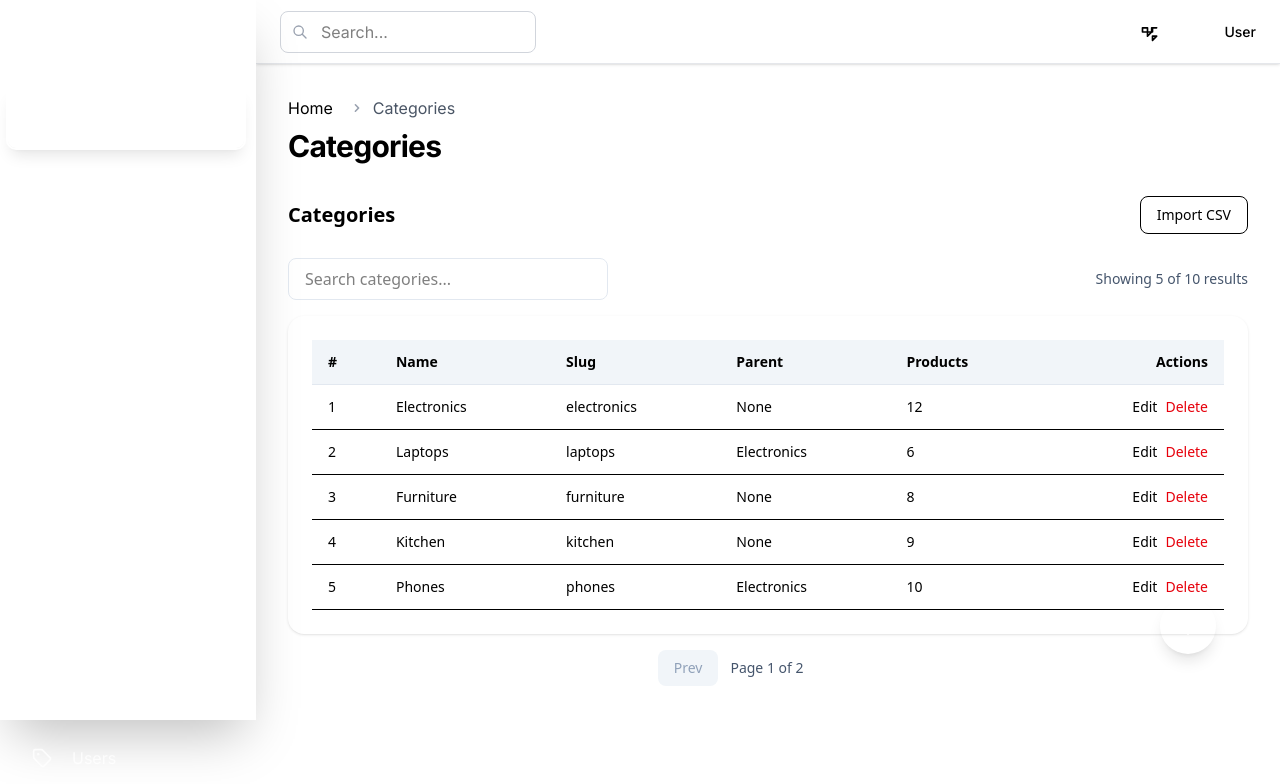
Repository: Ndegwa2/MulistorePOS
Page: /
An editor plug-in stored every save of this project. The page is shown before and after the next save, followed by the edit.
The browser window is 1280 px wide. The pictures show the whole page.
The project was rebuilt for these pictures with package versions that can differ from the ones it lists, and the page was loaded fresh each time. Also part of the build but not shown: vite.config.js, Frontend/EditModal.jsx, Frontend/DeleteConfirm.jsx, Frontend/subcategory.jsx, Frontend/brand.jsx, Frontend/productPanel.jsx, Frontend/stockPanel.jsx, Frontend/salesPanel.jsx and 5 more.

Above is the page before, as saved 2025-10-03 20:49:13.

After the next save:
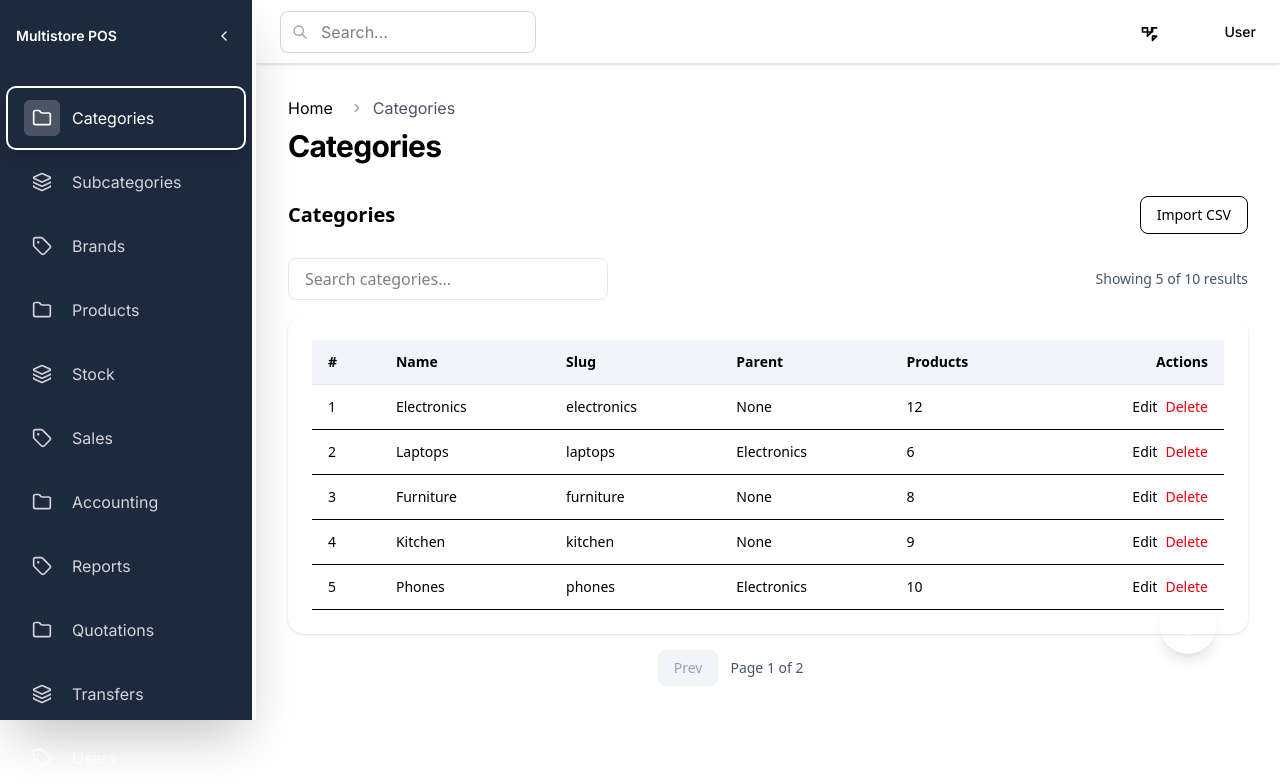
Saved 2 min 47 s later.
--- a/Frontend/dashboaord.jsx
+++ b/Frontend/dashboaord.jsx
@@ -53,7 +53,7 @@ export default function Dashboard() {
     <div className="min-h-screen bg-background text-text flex">
       {/* Sidebar */}
       <aside
-        className={`fixed left-0 top-0 h-screen bg-sidebar text-white border-r-4 border-primary
+        className={`fixed left-0 top-0 h-screen bg-slate-800 text-white border-r-4 border-primary
                    flex flex-col justify-between transition-all duration-300 z-50 shadow-2xl
                    ${sidebarCollapsed ? 'w-16' : 'w-64'}
                    ${mobileSidebarOpen ? 'translate-x-0' : '-translate-x-full'}
